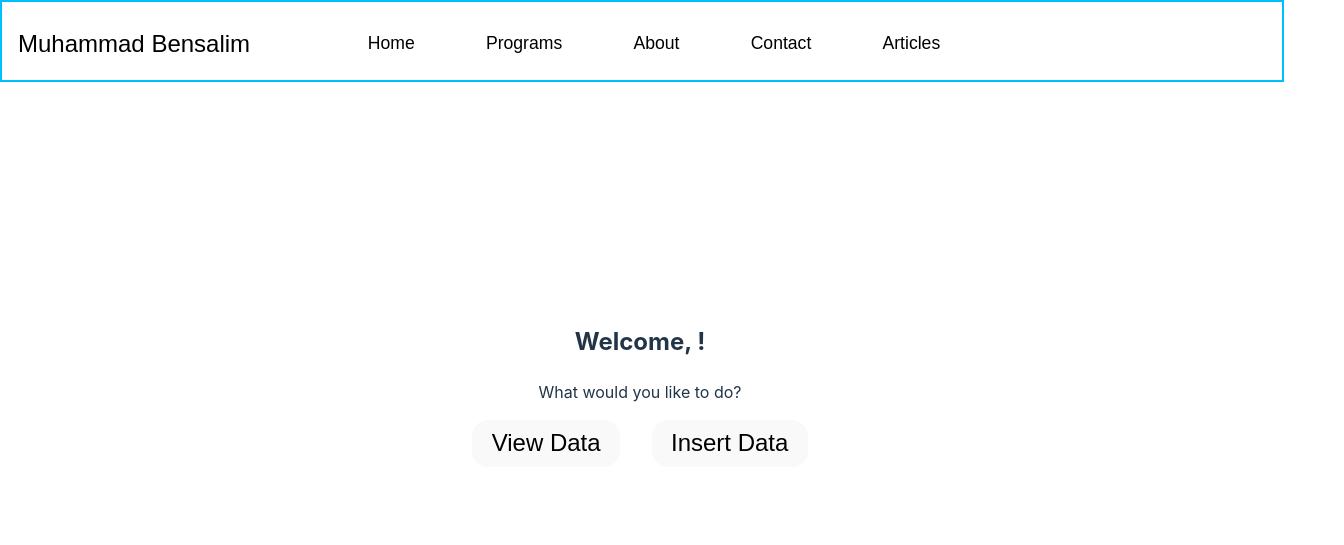
Repository: TMuse333/fitness_templates
Page: /progress
The author's editor kept a copy of each file at every save. The page is drawn from the files as they stood at one save, then again after a run of saves.
The browser window is 1280 px wide. The page is 1280 px wide, then 1344 px, then 1280 px, so the pictures cover 1344 px, including what lies to the right of the window. The pictures show the whole page.
The project was rebuilt for these pictures with package versions that can differ from the ones it lists, and the page was loaded fresh each time. Also part of the build but not shown: vite.config.js, src/components/herobanner/herobanner.css, src/components/herobanner/herobanner.jsx, src/components/about/about.css, src/components/about/about.jsx, src/components/serviceOffering/serviceOffering.css, src/components/serviceOffering/serviceOffering.jsx, src/components/content/content.css and 38 more. Imported but missing from the stored project, and not drawn on this page: src/media/best_dunk.mp4.

Above is the page before, as saved 2024-03-14 18:31:34.

### src/main.jsx
import './index.css'
import * as React from 'react';
import { StrictMode } from 'react';
import { createRoot } from 'react-dom/client';
import { BrowserRouter } from 'react-router-dom';

import App from './App';
import { WorkoutProvider } from './context/context';

const rootElement = document.getElementById('root');
const root = createRoot(rootElement);

root.render(


  <WorkoutProvider>
  <StrictMode>
    <BrowserRouter>
      <App />
    </BrowserRouter>
  </StrictMode>
</WorkoutProvider>
);

### src/index.css
:root {
  font-family: Inter, system-ui, Avenir, Helvetica, Arial, sans-serif;
  line-height: 1.5;
  font-weight: 400;

  color-scheme: light dark;
  color: rgba(255, 255, 255, 0.87);
  background-color: #242424;

  font-synthesis: none;
  text-rendering: optimizeLegibility;
  -webkit-font-smoothing: antialiased;
  -moz-osx-font-smoothing: grayscale;
}

a {
  font-weight: 500;

  text-decoration: inherit;
}
a:hover {

}

body {
  margin: 0;
  display: flex;
  place-items: center;
  min-width: 320px;
  min-height: 100vh;
}

h1 {
  font-size: 3.2em;
  line-height: 1.1;
}

button {
/* border: none;
  padding: 0.6em 1.2em;
  font-size: 1em;
  font-weight: 500;
  font-family: inherit;

  cursor: pointer;
  transition: border-color 0.25s;
  transition: all 0.3s ease-in; */
  background-color: #00bfff;

  font-size: 1.5rem;
  border-radius: 1rem;
  padding: 0.6rem 1.2rem;
  font-weight: 500;
  border: none;
  margin: 0 auto;
}
button:hover {
  /* transform: scale(1.3); */

}
button:focus,
button:focus-visible {
  outline: 4px auto -webkit-focus-ring-color;
}

@media (prefers-color-scheme: light) {
  :root {
    color: #213547;
    background-color: #ffffff;
  }
  a:hover {
    color: #747bff;
  }
  button {
    background-color: #f9f9f9;
  }
}

### src/App.jsx
import { useState } from 'react'

import './App.css'
import Homepage from '../pages/homepage'
import Program from '../pages/program';
import { BrowserRouter as Router, Route, Routes } from 'react-router-dom';
import Contact from '../pages/contact';
import About from '../pages/about';
import Articles from '../pages/articles';
import Progress from '../pages/progress';
import { WorkoutProvider } from './context/context';


function App() {
  const [count, setCount] = useState(0)

  return (
    <>



    <Routes>
      <Route path='/'
        element={<Homepage/>}
        />
        <Route path='programs'
        element={<Program/>}
        />
        <Route path='contact'
        element={<Contact/>}
        />
        <Route path='about'
        element={<About/>}
        />
        <Route path='articles'
        element={<Articles/>}
        />
        <Route path='progress'
        element={<Progress/>}
        />
    </Routes>


    </>
  )
}

export default App

### src/App.css
#root {
  max-width: 1280px;
  margin: 0 auto;
  padding: 2rem;
  text-align: center;
}

.logo {
  height: 6em;
  padding: 1.5em;
  will-change: filter;
  transition: filter 300ms;
}
.logo:hover {
  filter: drop-shadow(0 0 2em #646cffaa);
}
.logo.react:hover {
  filter: drop-shadow(0 0 2em #61dafbaa);
}

.homepage{
  position: absolute;
  left:0;
  top:0;
  overflow-x: hidden;
  background: radial-gradient(circle at center, rgba(1, 181, 241, 0.7), rgba(24, 60, 84, 0.7));
}

.program-container, .personal-container, .articles-container
{
  position: absolute;
  top:0;
  left:0;
  overflow-x: hidden;
}

.progress-container{
  position: absolute;
  left:0;
  top:20%;
  overflow-x: hidden;
  display: flex;
  justify-content: center;
  width:100vw;
  align-items: center;
}

.program-video{
  background-color: red;
}

.questions-list{
  margin-bottom: 3rem;
}



@keyframes logo-spin {
  from {
    transform: rotate(0deg);
  }
  to {
    transform: rotate(360deg);
  }
}

@media (prefers-reduced-motion: no-preference) {
  a:nth-of-type(2) .logo {
    animation: logo-spin infinite 20s linear;
  }
}

.card {
  padding: 2em;
}

.read-the-docs {
  color: #888;
}

### pages/progress.jsx
import React, {useEffect}from "react";
import Navbar from "../src/components/navbar/navbar";
import Login from "../src/components/login/Login";
import Footer from "../src/components/footer/footer";
import Tracker from "../src/components/tracker/tracker";
import { useWorkout } from "../src/context/context";
import InsertData from "../src/components/insertData/insertData";
import { workoutData } from "../src/data/data";
import ExerciseDisplay from "../src/components/exerciseDisplay/ExerciseDisplay";


const Progress = () => {

    const links = [
        {
            dest:'/',
            name:'Home'
          },
        {
            dest:'/programs',
            name:'Programs'
        },
        {
            dest:'/about',
            name:'About'
        },
        {
            dest:'/contact',
            name:'Contact'
        },
        {
            dest:'/articles',
            name:"Articles"
        },

    ]

    const {loggedIn,setLoggedIn,viewData,insertData} =
    useWorkout()

    useEffect(() => {
        // Reset loggedIn to false when the component mounts
        setLoggedIn(false);
      }, []); // Empty dependency array ensures this effect runs only once



    return (
    <>
<Navbar links={links}
/>
<div className="progress-container"
>


       {/* <Login/> */}



       {/* <ExerciseDisplay
       workoutData={workoutData}
       /> */}



   {viewData ? (
    <Tracker/>
   ) : insertData ? (
   <InsertData/>
   ) : <Login/>}





       </div>

        </>

    )
}


export default Progress

### src/components/navbar/navbar.jsx
import React, { useState,useEffect } from 'react';
// import { FaArrowLeft, FaArrowRight } from 'react-icons/fa';
import { Link } from 'react-router-dom';
import './navbar.css'

import nobg from '../../media/quantum-striker-pose.png'





const Navbar = ({links,id}) => {
  const [subMenuVisible, setSubMenuVisible] = useState(false);
  const [isMobile, setIsMobile] = useState(true)
  const [hovered, setHovered] = useState(false)
  const [navHovered, setNavHovered] = useState(null)

  const handleMouseEnter = () => {
    setHovered(true)
  }

  const handleMouseLeave = () => {
    setHovered(false)
  }

  const handleNavEnter = (index) => {
    setNavHovered(index);
  };

  const handleNavLeave = () => {
    setNavHovered(null);
  };

  const toggleSubMenu = () => {

    setSubMenuVisible(!subMenuVisible);
  };


  useEffect(() => {
    // Function to update sub-menu visibility when the screen width changes
    const handleResize = () => {
      const screenWidth = window.innerWidth;
      setIsMobile(!(screenWidth >= 865)); // Set subMenuVisible to true if screen width is at least 415 pixels
    };

    // Add a resize event listener to update the sub-menu visibility
    window.addEventListener('resize', handleResize);

    // Initial call to set sub-menu visibility based on current screen width
    handleResize();

    // Clean up the event listener when the component unmounts
    return () => {
      window.removeEventListener('resize', handleResize);
    };
  }, []);

  const style = {
height: isMobile && !subMenuVisible ? '0px' :  isMobile ? '240px' : 'auto',
overflowY:'hidden',
width: isMobile ?'80px':'auto',
backgroundImage: isMobile ? 'linear-gradient(to right, #00bfff, #4db8ff, #64bcff, #00bfff)' : null,
transition: isMobile? 'height 0.3s ease-in,padding 0.3s ease-in' : null,
marginTop: isMobile ? '1rem' : null,
borderRadius:'10px',
paddingTop:subMenuVisible ?'1rem' : '0'



  };

  const navStyle = (index) => {

    return{
      backgroundColor: navHovered === index? '#00bfff' : null,
      padding:'0 0.55rem 0 0.55rem',
      borderRadius:'7px',
      // color:navHovered === index? '#6c5933' : null,
    }
  }

  const logoStyle = {
    transform: hovered || subMenuVisible? 'scale(1.3)' : 'scale(1)',
    width:'50px',
    transition:'all ease-in 0.3s',
    backgroundColor:'transparent',
    marginTop:'-1rem'
  }

  return (

    <div className='navbar-container'
    id={id}>
    <p
          className='big-logo'
          style={logoStyle}
          />
    <div className='navbar-logo'>

   <Link to='/'
   className='home-nav'>


        <p className='navbar-logo'
      >Muhammad Bensalim</p>
       </Link>

      </div>




      <div className='list-container'>
        <button onClick={toggleSubMenu}

        className='mini-logo'

        >



       <img style={logoStyle}
       onMouseEnter={handleMouseEnter}
       onMouseLeave={handleMouseLeave}
       src={nobg}

 />
        </button>
        <ul
        className='nav-list'
        style={style}

         >

          {links.map((link,index) => (
            <Link to={link.dest}
            key={index}
            className='nav-link'>
                <li
                onMouseEnter={()=>handleNavEnter(index)}
                onMouseLeave={()=>handleNavLeave()}
                style={navStyle(index)}>
                  {link.name}
                </li>
            </Link>
          ))}

        </ul>
      </div>




       </div>

  );
};

export default Navbar;

### src/components/login/Login.jsx
import React, { useState } from "react";
import { useWorkout } from "../../context/context";
import Footer from "../footer/footer";
import "./login.css";

const Login = () => {
  const { loggedIn, setLoggedIn,
setViewData, setInsertData } = useWorkout();

  const [username, setUsername] = useState("");
  const [password, setPassword] = useState("");
  const [error, setError] = useState("");
  const [rememberMe, setRememberMe] = useState(false);
  const [showOptions, setShowOptions] = useState(true);

  const handleSubmit = (event) => {
    event.preventDefault();

    // Check if the entered credentials match the correct ones
    if (username === credentials.username && password === credentials.password) {
      setLoggedIn(true);
      setError("");
      setShowOptions(true); // Show options after successful login
    } else {
      // Display error message for unrecognized username or incorrect password
      setError("Invalid username or password");
    }
  };

  const handleViewData = () => {
    setViewData(true)
    // Handle action for viewing data
    console.log("View data clicked");
  };

  const handleInsertData = () => {
    setInsertData(true)
    // Handle action for inserting data
    console.log("Insert data clicked");
  };

  const credentials = {
    username: "tom",
    password: "realOne33",
  };

  return (
    <>

{!showOptions ? (



      <div className="login-container">
        <h2>Log in</h2>
        <div className="login-box">
          <form onSubmit={handleSubmit}>
            <div className="form-group">
              <input
                type="text"
                id="username"
                name="username"
                placeholder="Username"
                value={username}
                onChange={(e) => setUsername(e.target.value)}
              />
            </div>

            <div className="form-group">
              <input
                type="password"
                id="password"
                name="password"
                placeholder="Password"
                value={password}
                onChange={(e) => setPassword(e.target.value)}
              />
            </div>

            {error && <p className="error-message">{error}</p>}

            <div className="remember-me">
              <label>
                <input type="checkbox" />
                Remember me
              </label>
            </div>

            <button className="login-button" type="submit">
              Log in
            </button>
          </form>
        </div>
        <p>New user? Click here</p>
        <p>Forgot password? Click here</p>
      </div>

) : (
    <div className="tracker-options-container">
      <h2>Welcome, {username}!</h2>
      <p>What would you like to do?</p>

      <button style={{
        marginRight:'1rem'
      }}
      onClick={handleViewData}>View Data</button>
      <button style={{
        marginLeft:'1rem'
      }}
       onClick={handleInsertData}>Insert Data</button>
    </div>
  )
}


    </>
  );
};

export default Login;

### src/components/navbar/navbar.css
/* Add this to your navbar.css file */

.navbar-container{


    position: fixed;
     width: 100vw;

     top: 0px;
     left:0px;
     background:rgba(255, 255, 255, 0.7) ;

     height: 70px;
     z-index: 30;
  padding-top: 0.5rem;
  border-bottom: 2px solid #333;

    border: 2px solid #00bfff;

   }

   #overview-nav{
    background: radial-gradient(circle at center, rgba(0, 153, 205, 0.7), rgba(48, 115, 160, 0.9));
   }

   .big-logo{
     display: none;
   }

   .list-container {
    color:white;
    transform: translateY(-2.5rem);
    width:min-content;
    margin-left: auto;
    /* background-color: #BE9F5B; */
    margin-right: 2rem;
  /* background: linear-gradient(to right, #6c5933, #be9f5b, #6c5933);; */



   }

   .nav-list{
     /* margin-right: 2rem; */
     width: 50px;
     align-items: center;
     display:flex;
     flex-direction: column;
     margin-right: -1.5rem;
     color:black;
     /* background-color: #BE9F5B;
     background: linear-gradient(to right, #6c5933, #be9f5b, #6c5933); */
   }

   .home-nav{
    text-decoration: none;
   }

   .list-container li{
     list-style-type: none;
     /* transform: translateX(-25%); */
     padding:10px;
     color:black;
     font-weight: 500;
     transform: translateX(-1rem);
     font-family: 'Palatino Sans', 'Palatino Sans Informal', 'Palatino Sans Text', 'Palatino Sans W1G', 'Palatino Sans W01', sans-serif;
    text-decoration: none;
    margin-top: 0.5rem;
    margin-bottom: 1rem;
    /* color:white; */



     /* margin-top: -2rem; */

   }

   .list-container li a {
    text-decoration: none;
    color:white;
   }

   .mini-logo {
     display: flex;
     justify-content: center;
     align-items: center;
     margin-top: -1rem;
     height: 2.5rem;
     width: 2rem; /* Set the width and height to make it a perfect circle */
     padding: 0; /* Remove padding */
     border-radius: 50%; /* Make it circular */
     margin-left: auto;

     /* margin-right: auto; */
     background-color: transparent;
     border-color: transparent;



   }

   .navbar-logo{
     color:black;
     text-align: left;
     margin-left: 0.5rem;
     font-family: 'Abhaya Libre', sans-serif;
     font-size: 1.3rem;
     margin-top: 1.3rem;
     /* background-color: #BE9F5B; */
     /* background-image: url(src/media/SAINEY-MEDIA.png); */

   }

   .nav-button::before,
   .nav-button::after {
     content: '';
     position: absolute;
     background-color: #d15959; /* Set the color of the lines */
     height: 2px; /* Set the height of the lines */
     width: 10%; /* Set the width of the lines */
   }

   .nav-button::before {
     top: 5%;
   }

   .nav-button::after {
     top: 8%;
   }

  .nav-link{
  text-decoration: none;
  color:white;
  }

  @media screen and (min-width:400px){
    .mini-logo{
      margin-right: 1.5rem;
    }
  }



   @media screen and (min-width: 865px)  {
     .nav-list {
       display: flex;
       width:max-content;
       flex-direction: row;
       justify-content: space-between;
       padding:0 5px 0 5px;
       margin-top: -0.8rem;
       height:100%;
       /* transform: translateX(1rem); */
       /* background-color: rgb(38, 37, 79); */
       /* background-color: #d15959; */




       /* background-color: ; */
     }

     /* .navbar-container{
      width:98vw;
     } */

     .list-container{
      width:45vw;
      margin-top: -1.5rem;
     }

     .list-container li{
      font-size: 1.1rem;
      font-weight: 400;
     }



     .nav-button{
       /* display: none; */
     }

     .list-container li{
       transform: translateX(0rem);
       white-space: nowrap;
       padding:0;
     }

     .list-container{

       margin-left: auto;
       margin-right: auto;
     }

     .mini-logo{
       display: none;
     }

     .navbar-logo{
      font-size: 1.5rem;
      margin-top: 1rem;
     }

     .big-logo{
       position: absolute;
       right:2rem;
       display: flex;
       top:1rem;
     }

     /* .navbar-logo{
       display: none;
     } */
   }

### src/components/login/login.css
.login-box{
    background-color: #00bfff;
    padding:2rem;
    width:90vw;
    margin:0 auto;
    max-width: 600px;

}

.login-box input{
    padding:1rem;
    margin-bottom: 1rem;
    border-radius: 1rem;
    border: 2px solid black;

}

.login-button{
    background-color: black;
    margin: 0 auto;
    padding: 1;
    /* margin-top: 1rem; */
    transition: all 0.3s ease-out;
}

.login-button:hover{
    border: 2px solid white;
    transform: scale(1.2);
}

.login-box input::placeholder {
    /* Style the placeholder text here */
    color: white;
    opacity: 1; /* You can adjust the opacity if needed */
    font-size: 1rem;
  }

.login-container{
    width:100vw;
    display: flex;
    flex-direction: column;
    justify-content: center;
    align-items: center;


}

.tracker-options-container{
    margin: 0 auto;
    width: 100vw;
    margin-top: 10rem;
}

.tracker-options-container button:first-child{
    margin-right: 2rem;
    color:red;
}

Loaded but not shown: index.html (common file); src/data/data.js (487 lines, source omitted); src/context/context.jsx (238 lines, source omitted)

After the next 2 saves:
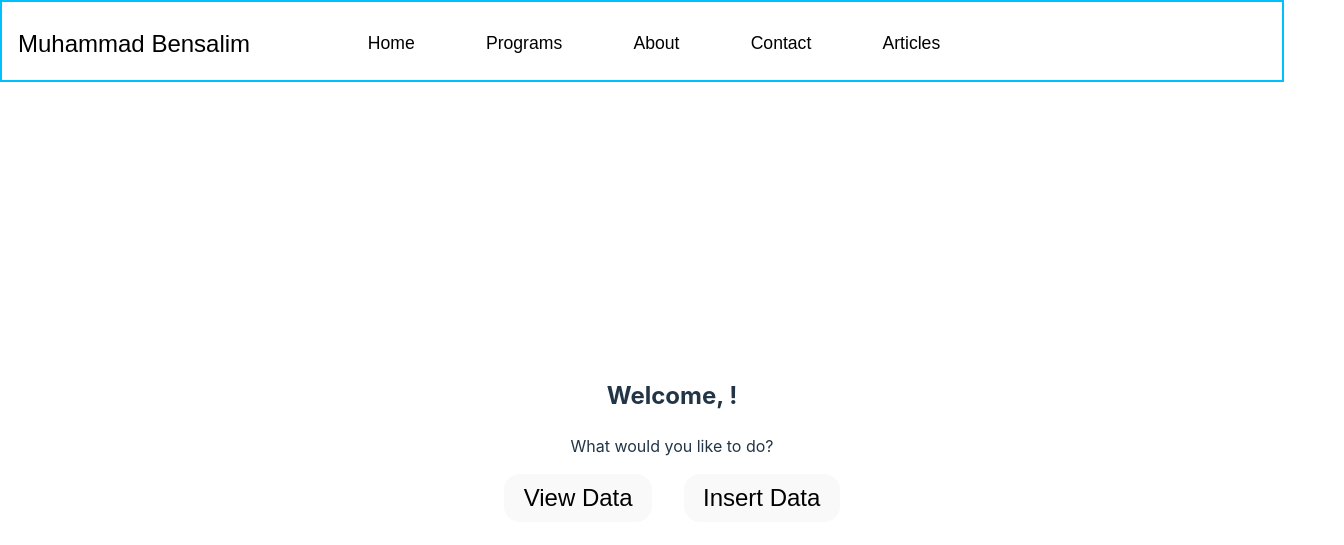
The 2 saves are shown as one change because they came seconds apart.
The last was saved 12 s later.
--- a/src/App.css
+++ b/src/App.css
@@ -35,9 +35,9 @@
 }
 
 .progress-container{
-  position: absolute;
-  left:0;
-  top:20%;
+  /* position: absolute;
+  left:0; */
+  /* top:20%; */
   overflow-x: hidden;
   display: flex;
   justify-content: center;

After the 2 saves that followed:
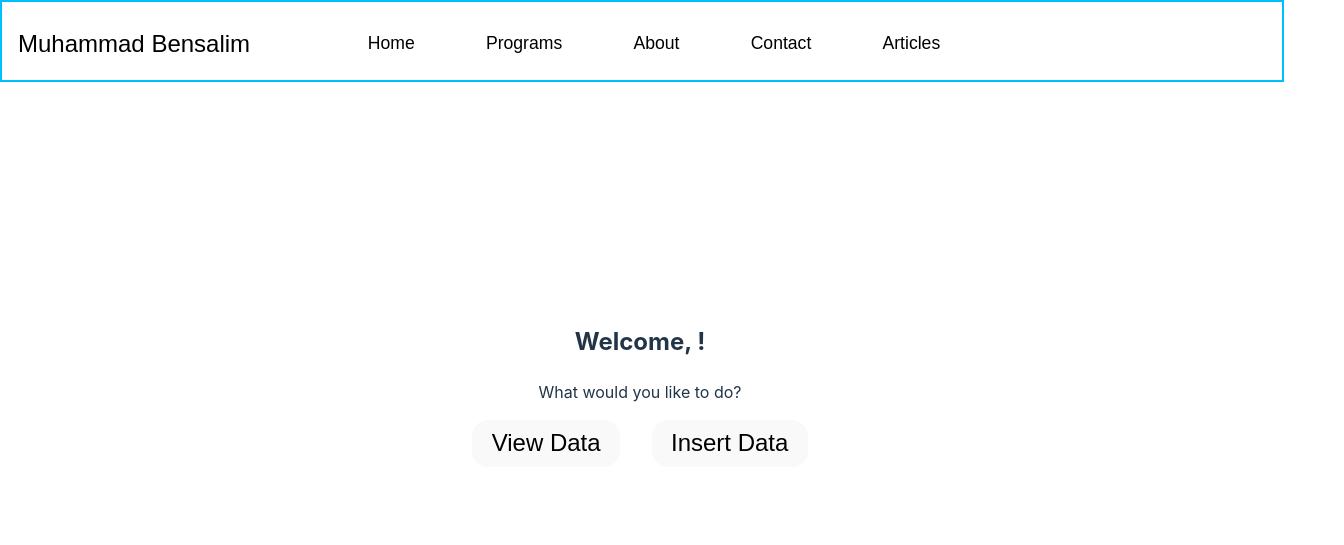
The 2 saves are shown as one change because they came seconds apart.
The last was saved 25 s later.
--- a/src/App.css
+++ b/src/App.css
@@ -35,9 +35,9 @@
 }
 
 .progress-container{
-  /* position: absolute;
-  left:0; */
-  /* top:20%; */
+  position: absolute;
+  left:0;
+  top:20%;
   overflow-x: hidden;
   display: flex;
   justify-content: center;
